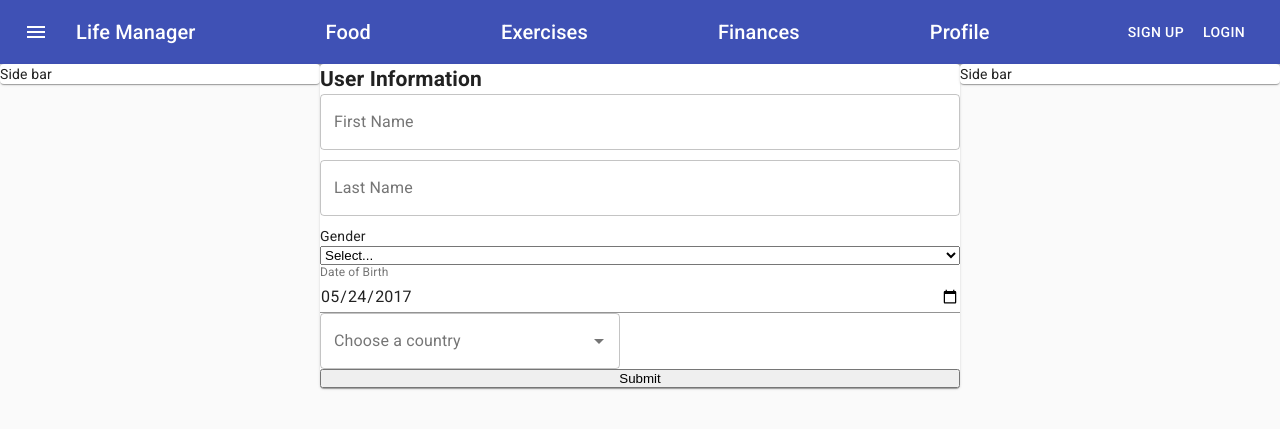
Repository: DaNiels89/lifemanagerreact
Page: /about
The author's editor kept a copy of each file at every save. The page is drawn from the files as they stood at one save, then again after the next save.
The browser window is 1280 px wide. The pictures show the whole page.
The project was rebuilt for these pictures with package versions that can differ from the ones it lists, and the page was loaded fresh each time. Also part of the build but not shown: src/assets/components/5_profile/ErrorMessage.js.

Above is the page before, as saved 2020-03-17 15:47:48.

After the next save:
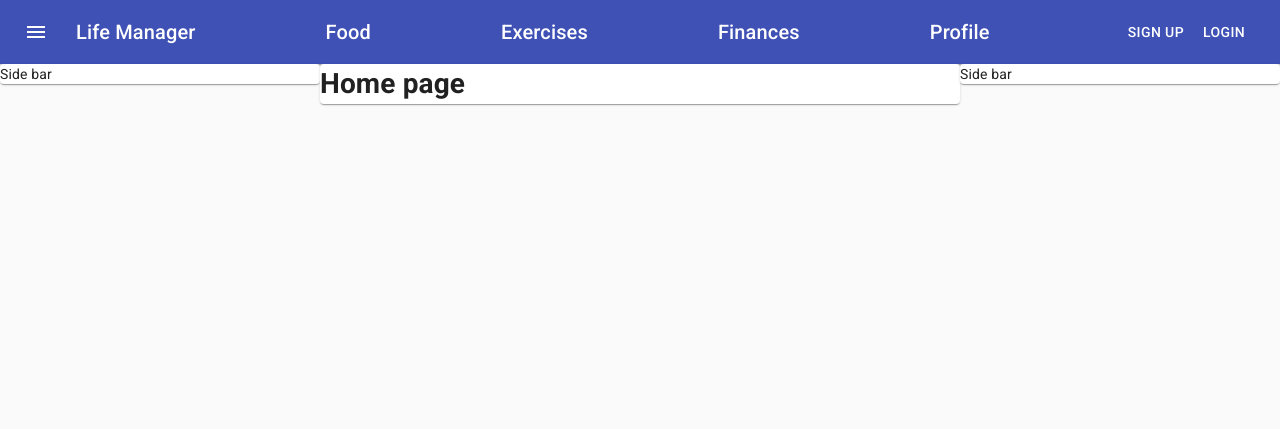
Saved 42 s later.
--- a/src/App.js
+++ b/src/App.js
@@ -29,7 +29,7 @@ export default function App() {
           </Grid>
           <Grid item xs={6}>
             <Paper className={classes.paper}>
-              <UserDetails />
+              <h1>Home page</h1>
             </Paper>
           </Grid>
           <Grid item xs={3}>
